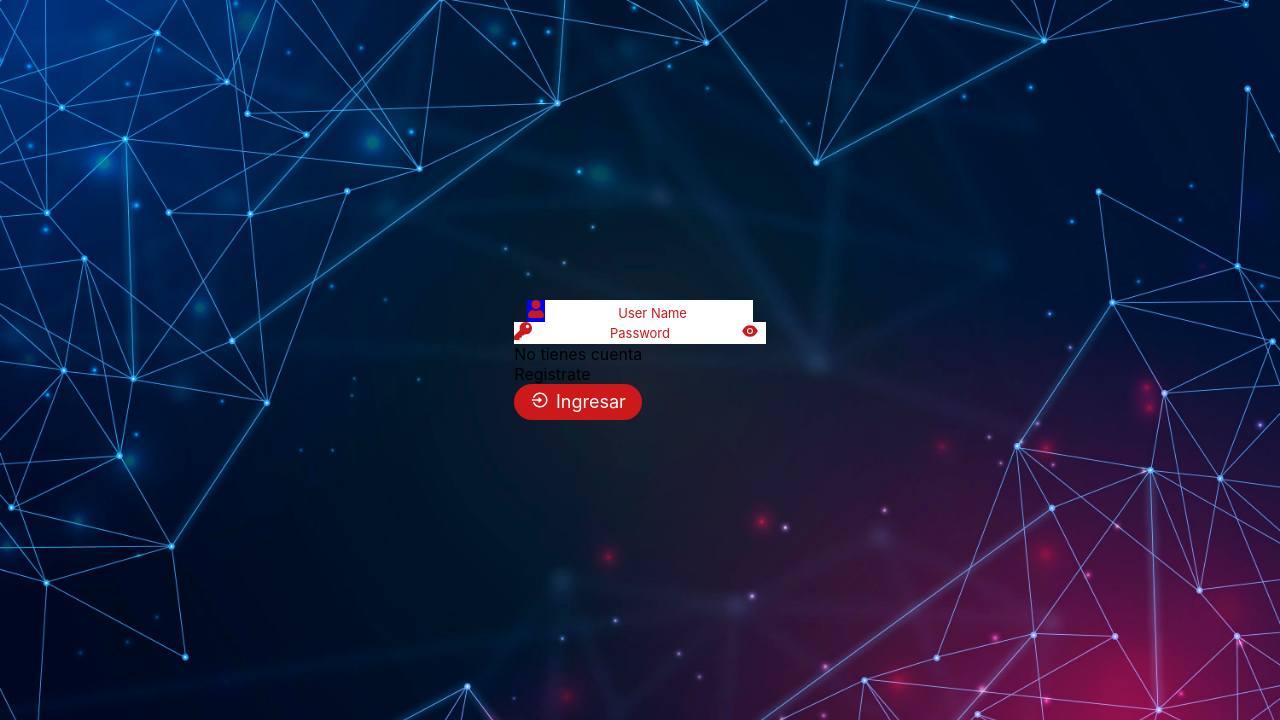
Repository: Davic1o/FrontendMunicipio
Page: /
The author's editor kept a copy of each file at every save. The page is drawn from the files as they stood at one save, then again after the next save.
The browser window is 1280 px wide. The pictures show the whole page.
The project was rebuilt for these pictures with package versions that can differ from the ones it lists, and the page was loaded fresh each time.

Above is the page before, as saved 2024-02-21 18:00:47.

After the next save:
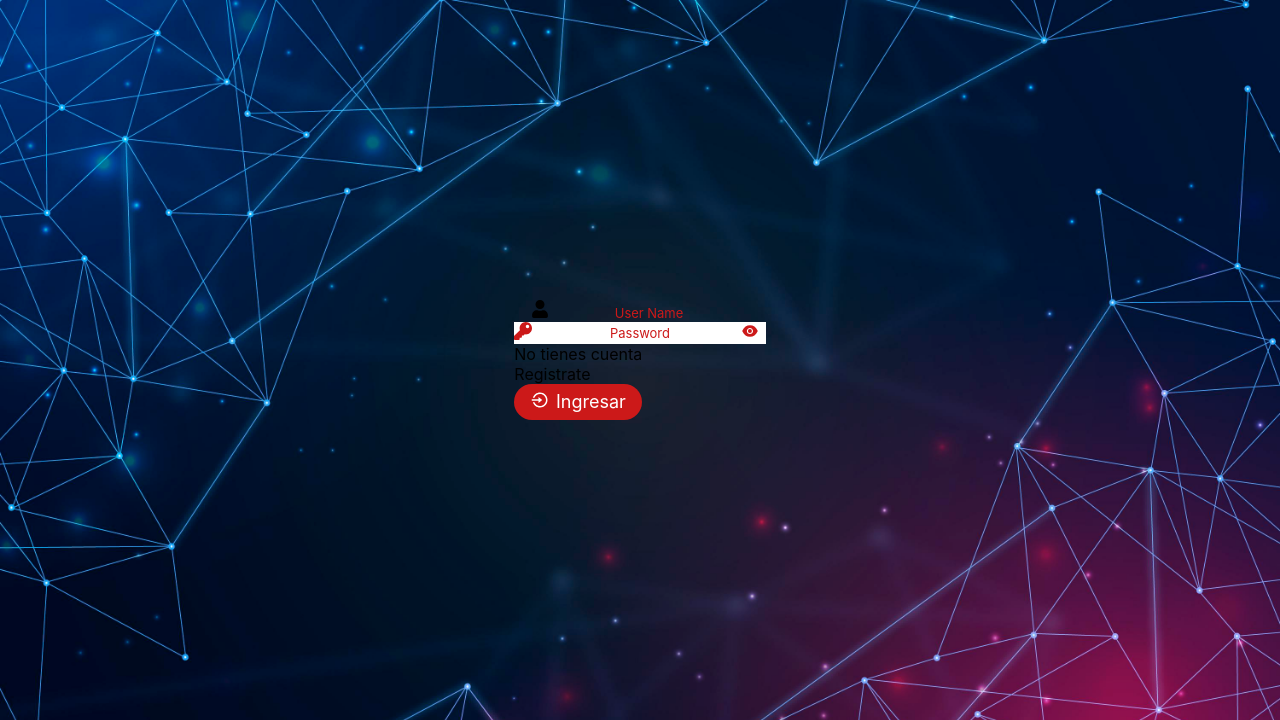
Saved 12 s later.
--- a/src/components/inputs/inputTexto.css
+++ b/src/components/inputs/inputTexto.css
@@ -12,8 +12,8 @@
     display: flex;
     justify-content: center;
     align-items: center;
-    background-color: var(--color-blanco);
   }
+  background-color: var(--color-blanco);
   .icono__inputTexto{
   background-color: blue;
     color: var(--color-primario);
